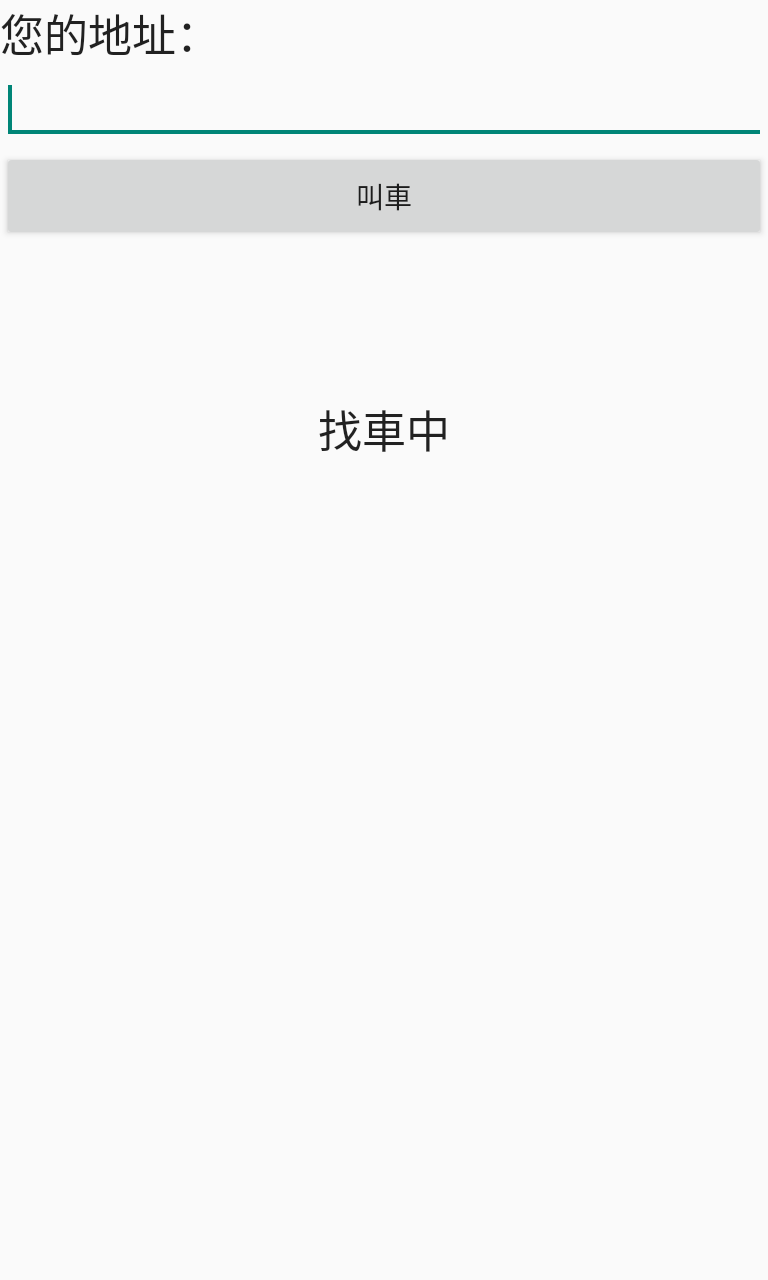
Repository: bclin087/SimpleTaxi
Layout: app/TaxiDemo/res/layout/activity_user.xml
These files come from the project's save history. The layout is drawn as it stood at one moment and after the next save; the edit follows.
It is drawn on a 768 x 1280 px phone screen (xhdpi) without system bars, with theme AppTheme; the app's code is not run.

Above is the layout before, as saved 2015-05-16 20:03:18.

### app/TaxiDemo/res/layout/activity_user.xml
<?xml version="1.0" encoding="utf-8"?>
<LinearLayout xmlns:android="http://schemas.android.com/apk/res/android"
    android:layout_width="match_parent"
    android:layout_height="match_parent"
    android:orientation="vertical" >

    <TextView
        android:id="@+id/textView1"
        android:layout_width="wrap_content"
        android:layout_height="wrap_content"
        android:text="@string/address"
        android:textAppearance="?android:attr/textAppearanceLarge" />

    <EditText
        android:id="@+id/editTextAddress"
        android:layout_width="match_parent"
        android:layout_height="wrap_content"
        android:ems="10"
        android:inputType="textPostalAddress" >

        <requestFocus />
    </EditText>

    <Button
        android:id="@+id/buttonCall"
        android:layout_width="match_parent"
        android:layout_height="wrap_content"
        android:text="@string/callcab"
        android:onClick="onCall" />

    <ProgressBar
        android:id="@+id/progressBar1"
        style="?android:attr/progressBarStyleLarge"
        android:layout_width="wrap_content"
        android:layout_height="wrap_content"
        android:layout_gravity="center"/>

    <TextView
        android:id="@+id/textViewStatus"
        android:layout_width="wrap_content"
        android:layout_height="wrap_content"
        android:layout_gravity="center"
        android:text="@string/searching"
        android:textAppearance="?android:attr/textAppearanceLarge" />

</LinearLayout>

### app/TaxiDemo/res/values/strings.xml
<?xml version="1.0" encoding="utf-8"?>
<resources>

    <string name="app_name">TaxiDemo</string>
    <string name="hello_world">Hello world!</string>
    <string name="mobile">手機號碼：</string>
    <string name="iamdriver">我是司機</string>
    <string name="iamuser">我是乘客</string>
    <string name="input_mobile">請輸入行動電話</string>
    <string name="location">坐標位置：</string>
    <string name="status">目前狀態：</string>
    <string name="waiting">等客中</string>
    <string name="unknown">未知</string>
    <string name="user_alert">您附近有乘客叫車，地址資訊：</string>
    <string name="pickup">接</string>
    <string name="pickingup">載客中</string>
    <string name="server_url">API URl：</string>
    <string name="got_business">接單成功！</string>
    <string name="no_business">被別人捷足先登了！</string>
    <string name="arrived">完成</string>
    <string name="address">您的地址：</string>
    <string name="callcab">叫車</string>
    <string name="searching">找車中</string>
	<string name="found">派車成功，距離 %f 公里</string>
	<string name="timeout">很抱歉，附近沒有空車，請稍後再試。</string>
</resources>

### app/TaxiDemo/res/values/colors.xml
<?xml version="1.0" encoding="utf-8"?>
<resources>

    <item name="blue" type="color">#FF33B5E5</item>
    <item name="purple" type="color">#FFAA66CC</item>
    <item name="green" type="color">#FF99CC00</item>
    <item name="orange" type="color">#FFFFBB33</item>
    <item name="red" type="color">#FFFF4444</item>
    <item name="darkblue" type="color">#FF0099CC</item>
    <item name="darkpurple" type="color">#FF9933CC</item>
    <item name="darkgreen" type="color">#FF669900</item>
    <item name="darkorange" type="color">#FFFF8800</item>
    <item name="darkred" type="color">#FFCC0000</item>

    <integer-array name="androidcolors">
        <item>@color/blue</item>
        <item>@color/purple</item>
        <item>@color/green</item>
        <item>@color/orange</item>
        <item>@color/red</item>
        <item>@color/darkblue</item>
        <item>@color/darkpurple</item>
        <item>@color/darkgreen</item>
        <item>@color/darkorange</item>
        <item>@color/darkred</item>
    </integer-array>

</resources>

Loaded but not shown: app/TaxiDemo/res/values/styles.xml (common file); app/TaxiDemo/res/values-v11/styles.xml (common file); app/TaxiDemo/res/values-v14/styles.xml (common file)

After the next save:
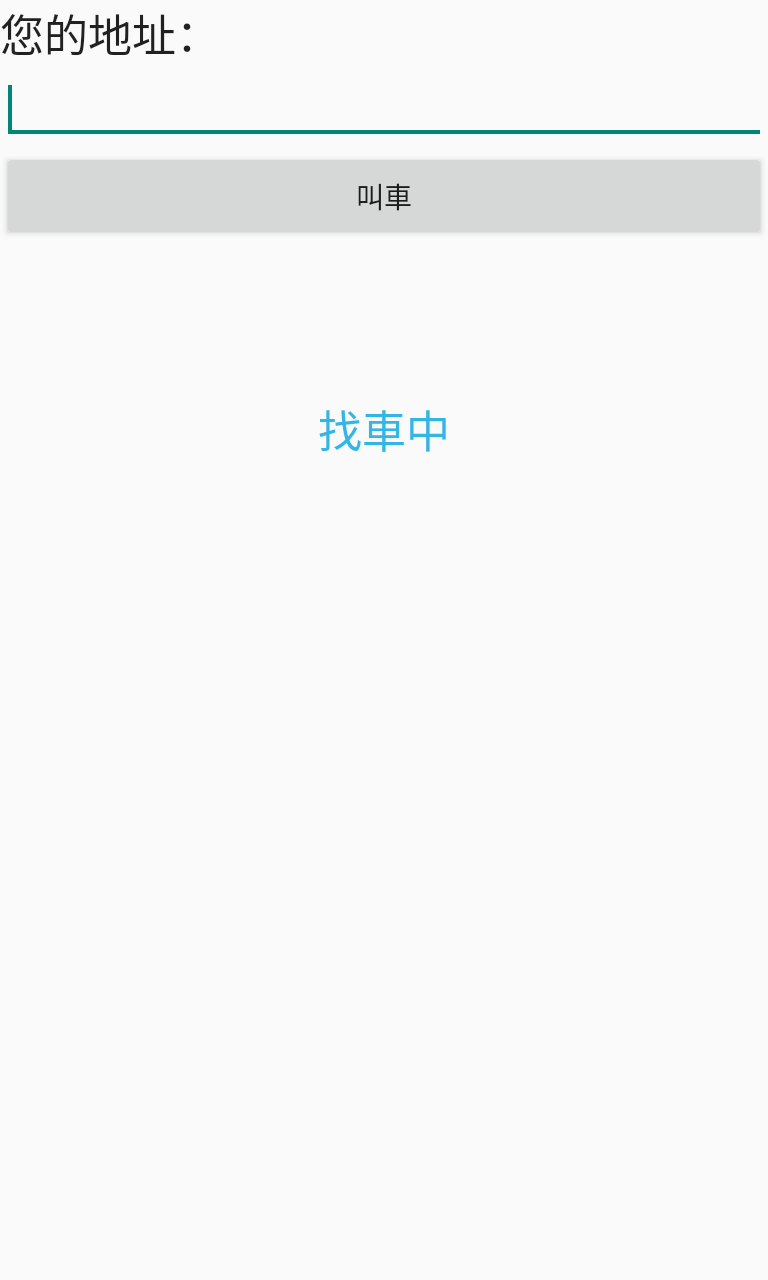
Saved 108 s later.
--- a/app/TaxiDemo/res/layout/activity_user.xml
+++ b/app/TaxiDemo/res/layout/activity_user.xml
@@ -41,6 +41,7 @@
         android:layout_height="wrap_content"
         android:layout_gravity="center"
         android:text="@string/searching"
-        android:textAppearance="?android:attr/textAppearanceLarge" />
+        android:textAppearance="?android:attr/textAppearanceLarge"
+        android:textColor="@color/blue" />
 
 </LinearLayout>
